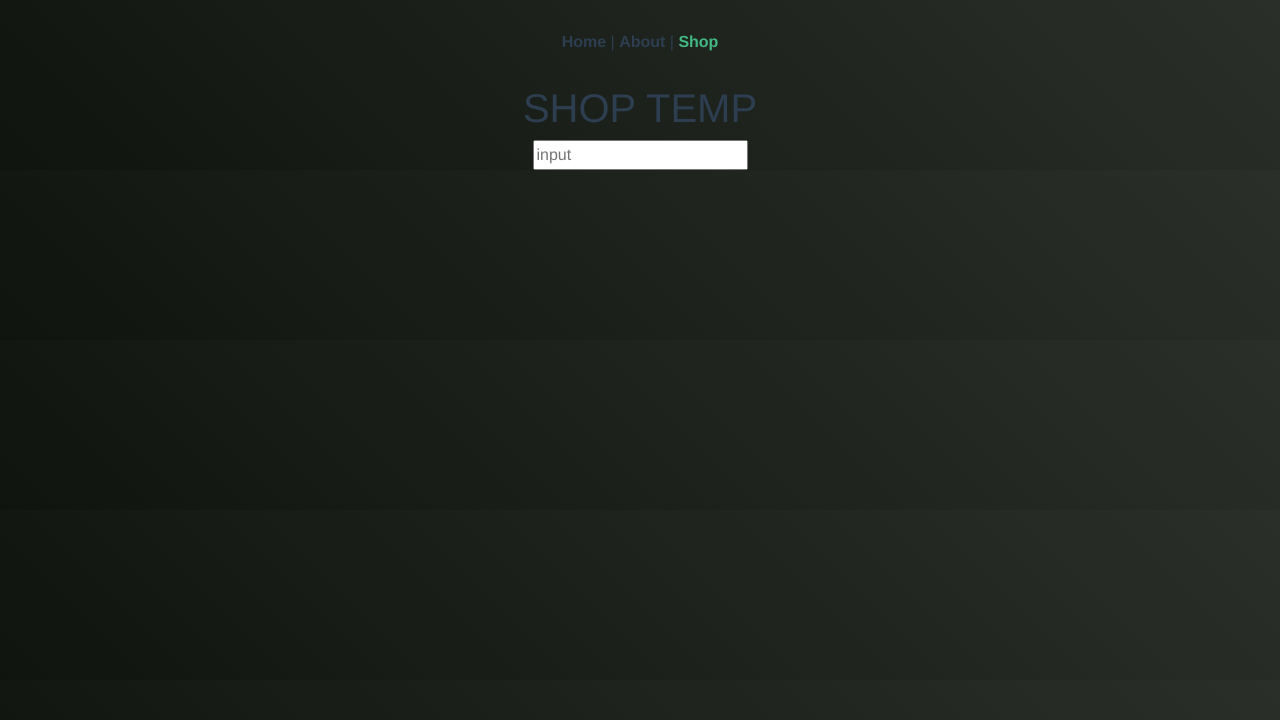
Repository: ramcd86/vuetest
Page: /#/shop
An editor plug-in stored every save of this project. The page is shown before and after a run of saves, followed by the edit.
The browser window is 1280 px wide. The pictures show the whole page.
The project was rebuilt for these pictures with package versions that can differ from the ones it lists, and the page was loaded fresh each time. Requests to the local data server were answered from the project's data file. Also part of the build but not shown: src/components/HelloWorld.vue, src/views/Home.vue.

Above is the page before, as saved 2019-07-08 11:12:26.

After the next 2 saves:
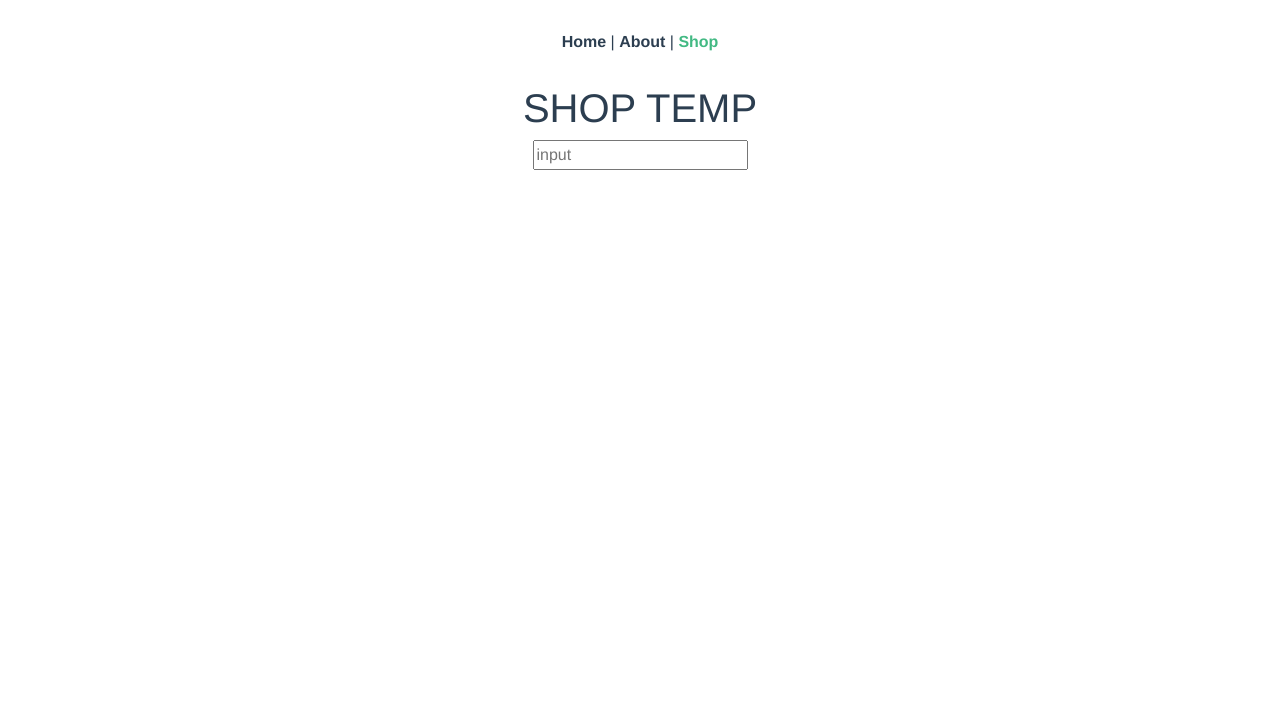
The 2 saves are shown as one change because they came seconds apart.
The last was saved 11 s later.
--- a/public/index.html
+++ b/public/index.html
@@ -9,7 +9,7 @@
     <link href="https://stackpath.bootstrapcdn.com/font-awesome/4.7.0/css/font-awesome.min.css" rel="stylesheet" integrity="sha384-wvfXpqpZZVQGK6TAh5PVlGOfQNHSoD2xbE+QkPxCAFlNEevoEH3Sl0sibVcOQVnN" crossorigin="anonymous">
     <title>storeapp</title>
     <style>
-    body {
+    .container {
       color: #FFF;
       background: rgb(15,20,15);
       background: -moz-linear-gradient(45deg, rgba(15,20,15,1) 0%, rgba(42,47,41,1) 100%);
